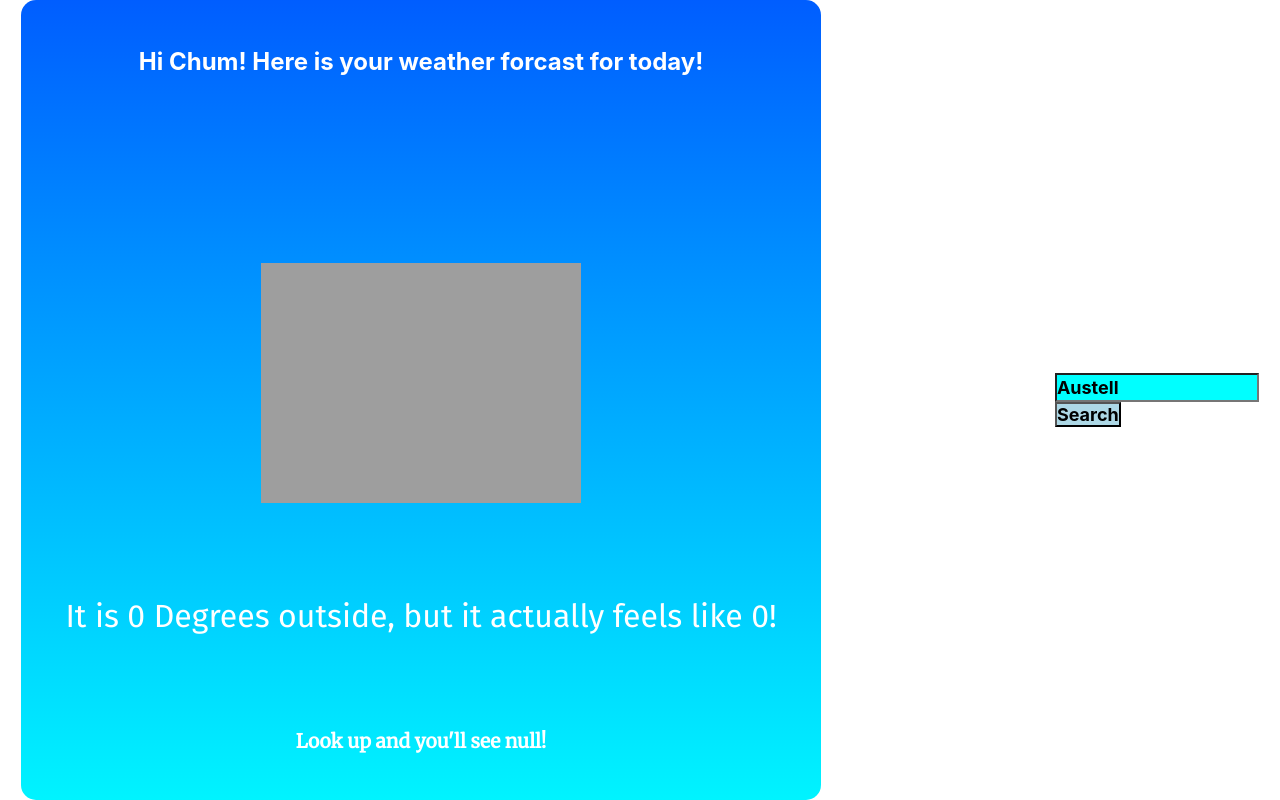
Repository: sayrilamar/chumsweatherapp
Page: /
The author's editor kept a copy of each file at every save. The page is drawn from the files as they stood at one save, then again after the next save.
The browser window is 1280 px wide. The pictures show the whole page.
Pictures or frames that could not be fetched are drawn as grey boxes. The page's requests for data from a server got no answer. The project was rebuilt for these pictures with package versions that can differ from the ones it lists, and the page was loaded fresh each time. No one was signed in, and anything a server would have sent is missing.

Above is the page before, as saved 2020-04-19 08:56:55.

### src/index.css
* {
  margin: 0;
  padding: 0;
  font-family: -apple-system, BlinkMacSystemFont, 'Segoe UI', 'Roboto', 'Oxygen',
    'Ubuntu', 'Cantarell', 'Fira Sans', 'Droid Sans', 'Helvetica Neue',
    sans-serif;
  -webkit-font-smoothing: antialiased;
  -moz-osx-font-smoothing: grayscale;
}

### src/App.js
import React, {useState, useEffect} from "react";
import "./App.css";
import WeatherCard from "./components/WeatherCard/component.js";

function App() {
  const [query,
    setQuery] = useState("Austell");
  const [weather,
    setWeather] = useState({
    temp: null,
    city: null,
    condition: null,
    country: null,
    description: null,
    feels_like: null
  });

  const data = async q => {
    const apiRes = await fetch(`http://api.openweathermap.org/data/2.5/weather?q=${q}&units=imperial&APPID=ab0ef440364092f54ff821ca2b803163`);
    const resJSON = await apiRes.json();
    return resJSON;
  };

  const handleSearch = e => {
    data(query).then(res => console.log(res));
    e.preventDefault();
    data(query).then(res => {
      setWeather({
        temp: res.main.temp,
        city: res.name,
        condition: res.weather[0].main,
        country: res.sys.country,
        description: res.weather[0].description,
        feels_like: res.main.feels_like
      });
    });
  };

  // runs once the dom is loaded for the first time only, because there is no
  // variable being watched in the dependency array
  useEffect(() => {
    data(query).then(res => {
      setWeather({
        temp: res.main.temp,
        city: res.name,
        condition: res.weather[0].main,
        country: res.sys.country,
        description: res.weather[0].description,
        feels_like: res.main.feels_like
      });
    });
  }, []);

  return (
    <div className="App">
      <div>
        <WeatherCard
          temp={Math.round(weather.temp)}
          condition={weather.condition}
          city={weather.city}
          state={weather.country}
          description={weather.description}
          feels_like={Math.round(weather.feels_like)}/>
      </div>
      <h1>Search for City</h1>
      <form>
        <div>
          <input
            className="input"
            value={query}
            onChange={e => setQuery(e.target.value)}/>
        </div>
        <div>
          <button className="button" onClick={e => handleSearch(e)}>
            Search
          </button>
        </div>
      </form>
    </div>
  );
}

export default App;

### src/App.css
@import url("https://fonts.googleapis.com/css?family=Merriweather|Fira+Sans&display=swap");

.App {
  margin: 0 auto;
  color: white;
  display: flex;
  justify-content: center;
  align-items: center;

  background: linear-gradient(to top,
    rgb(255, $ {
        highColor
      }

      , 0),
    rgb(255, $ {
        lowColor
      }

      , 0))
}

h1 {
  font-weight: bold;
}

.input {
  background-color: aqua;
  font-weight: bold;
  height: 25px;
  width: 200px;
  font-size: large;
}

.button {
  height: fit-content;
  font-size: large;
  font-weight: bold;
  background-color: lightblue
}

### src/components/WeatherCard/component.js
import React from "react";
import styled from "@emotion/styled";
import Location from "./Location";
import Icon from "./Icon";
import Condition from "./Condition";

const WeatherCard = ({
    temp,
    condition,
    city,
    state,
    description,
    feels_like
}) => {
    let highColor = 0;
    let lowColor = 0;
    let bg = null;

    if (temp > 53.6) {
        highColor = (1 - (temp - 53.6) / 50.4) * 255;
        lowColor = highColor - 150;
        bg = `linear-gradient(
            to top,
            rgb(255, ${highColor}, 0),
            rgb(255, ${lowColor}, 0)
          )`;
    } else if (temp <= 53.6) {
        highColor = (1 - (temp + 4) / 89) * 255;
        lowColor = highColor - 150;
        bg = `linear-gradient(
            to top,
            rgb(0, ${highColor}, 255),
            rgb(0, ${lowColor}, 255)
          )`;
    }

    const Card = styled.div `
    margin: 0 auto;
    background: ${bg};
    width: 800px;
    height: 800px;
    display: flex;
    flex-direction: column;
    justify-content: space-around;
    align-items: center;
    border-radius: 15px;
  `;

    return (
        <Card>
            <h2>Hi Chum! Here is your weather forcast for today!</h2>
            <Location city={city} state={state}/>
            <Icon condition={condition}/>
            <Condition
                temp={temp}
                condition={condition}
                description={description}
                feels_like={feels_like}/>
        </Card>
    );
};

export default WeatherCard;

### src/components/WeatherCard/Location.js
import React from "react";
import styled from "@emotion/styled";

const Location = ({city, state}) => {
  const Container = styled.div `
    text-align: center;
  `;

  const City = styled.h1 `
    font-family: "Merriweather", sans-serif;
    font-size: 1.6rem;
  `;

  const Country = styled.h3 `
    font-family: "Fira Sans", sans-serif;
    font-size: 1.1rem;
  `;

  return (
    <Container>
      <City>{city}</City>
      <Country>{state}</Country>
    </Container>
  );
};

export default Location;

### src/components/WeatherCard/Icon.js
import React from "react";
import styled from "@emotion/styled";

// https://openweathermap.org/weather-conditions
const Icon = ({condition}) => {
  let icon;
  switch (condition) {
    case "Clouds":
      icon = `02d@2x`;
      break;
    case "Clear":
      icon = `01d@2x`;
      break;
    case "Haze":
      icon = `50d@2x`;
      break;
    case "Fog":
      icon = `50d@2x`;
      break;
    case "Tornado":
      icon = `50d@2x`;
      break;
    case "Dust":
      icon = `50d@2x`;
      break;
    case "Mist":
      icon = `50d@2x`;
      break;
    case "Snow":
      icon = `13d@2x`;
      break;
    case "Rain":
      icon = `10d@2x`;
      break;
    case "Drizzle":
      icon = `11d@2x`;
      break;
    case "Thunderstorm":
      icon = `11d@2x`;
      break;
    default:
      icon = ``;
      break;
  }

  const Icon = styled.img `
    width: 40%;
  `;

  return (<Icon src={`http://openweathermap.org/img/wn/${icon}.png`} alt="Weather Icon"/>);
};

export default Icon;

### src/components/WeatherCard/Condition.js
import React, {Fragment} from "react";
import styled from "@emotion/styled";

const Condition = ({temp, condition, description, feels_like}) => {
  const Temp = styled.h1 `
    font-family: "Fira Sans", sans-serif;
    font-size: 2rem;
    font-weight: 200;
  `;

  const State = styled.h3 `
    font-family: "Merriweather", sans-serif;
    font-size: 1.2rem;
  `;

  return (
    <Fragment>
      <Temp>
        It is {temp + " "}
        Degrees outside, but it actually feels like {feels_like}!
      </Temp>
      <State>{"Look up and you'll see " + description + "!"}</State>
    </Fragment>
  );
};

export default Condition;

Loaded but not shown: public/index.html (common file); src/index.js (common file); src/serviceWorker.js (common file)

After the next save:
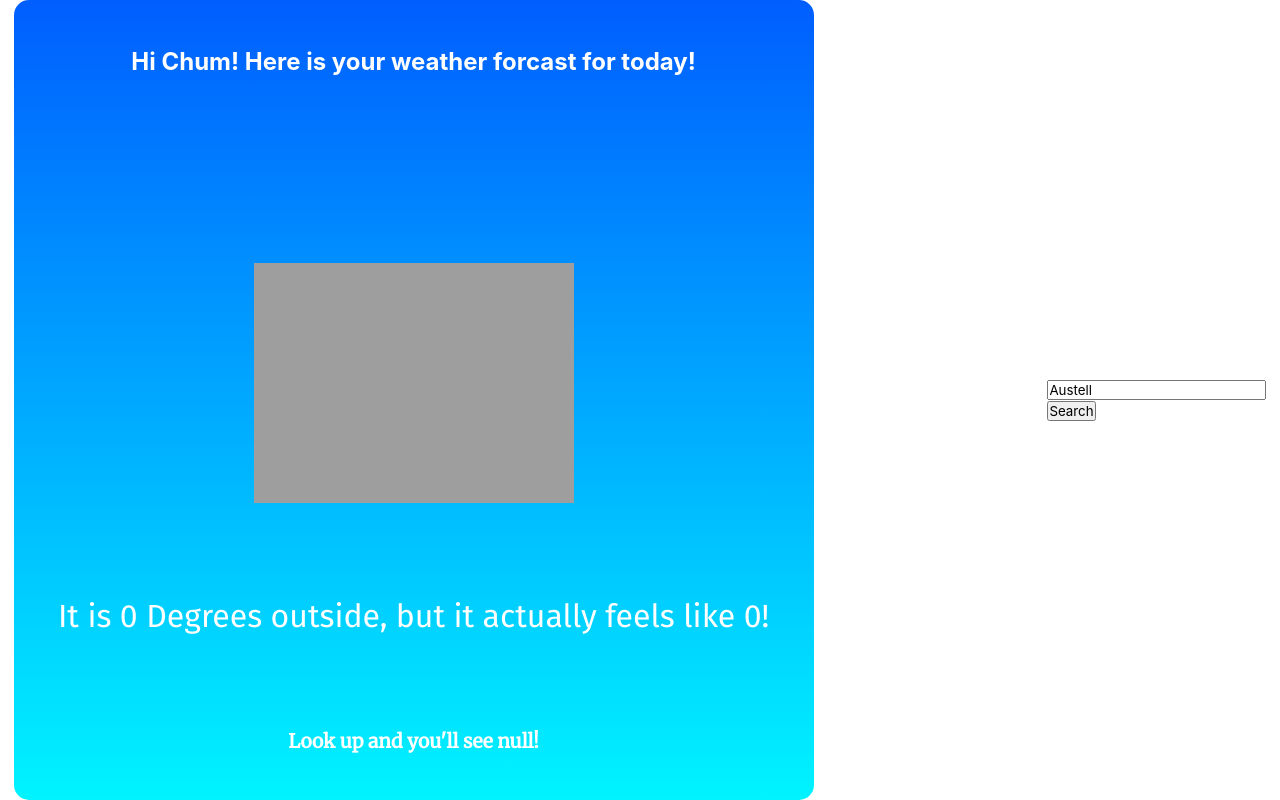
Saved 23 s later.
--- a/src/App.css
+++ b/src/App.css
@@ -8,33 +8,24 @@
   align-items: center;
 
   background: linear-gradient(to top,
-    rgb(255, $ {
-        highColor
-      }
+      rgb(255, 0, 255)
+  }
 
-      , 0),
-    rgb(255, $ {
-        lowColor
-      }
+  h1 {
+    font-weight: bold;
+  }
 
-      , 0))
-}
+  .input {
+    background-color: aqua;
+    font-weight: bold;
+    height: 25px;
+    width: 200px;
+    font-size: large;
+  }
 
-h1 {
-  font-weight: bold;
-}
-
-.input {
-  background-color: aqua;
-  font-weight: bold;
-  height: 25px;
-  width: 200px;
-  font-size: large;
-}
-
-.button {
-  height: fit-content;
-  font-size: large;
-  font-weight: bold;
-  background-color: lightblue
-}
+  .button {
+    height: fit-content;
+    font-size: large;
+    font-weight: bold;
+    background-color: lightblue
+  }

After the save that followed:
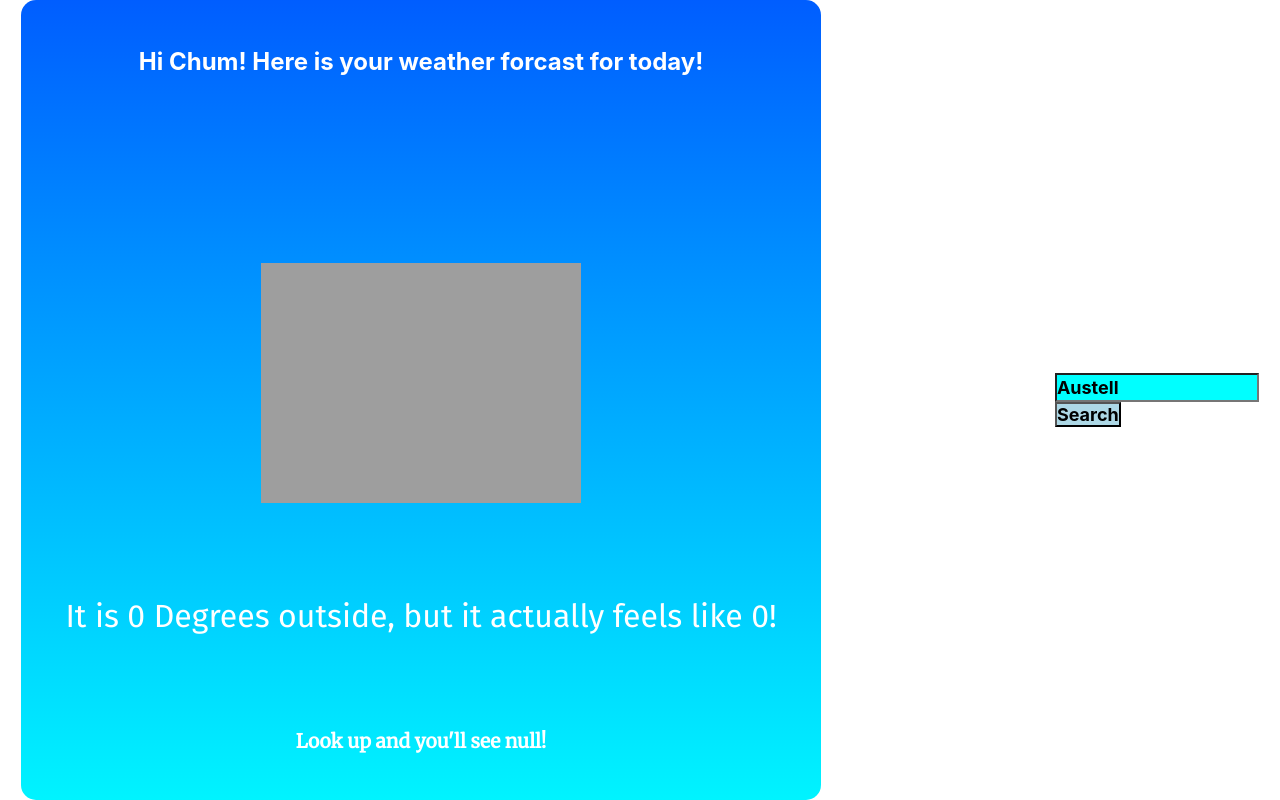
Saved 10 s later.
--- a/src/App.css
+++ b/src/App.css
@@ -8,10 +8,7 @@
   align-items: center;
 
   background: linear-gradient(to top,
-      rgb(255, 0, 255)
-  }
-
-  h1 {
+    rgb(255, 0, 255)) h1 {
     font-weight: bold;
   }
 
